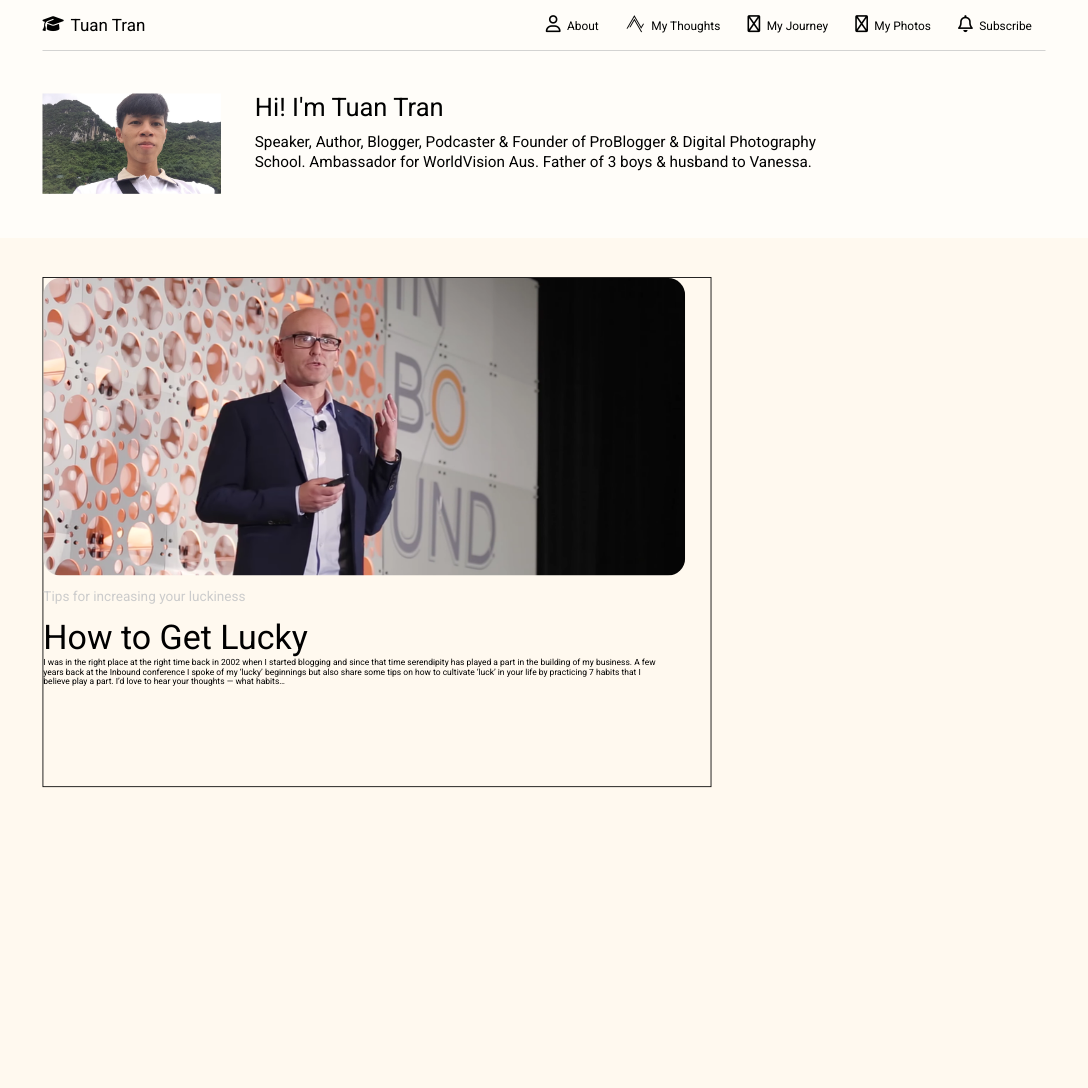
Repository: TranDinhTuann/Blog-Demo
Page: index.html
These files come from the project's save history. The page is drawn as it stood at one moment and after the next save; the edit follows.
The browser window is 1280 px wide. The pictures show the whole page, at 85% of full size.

Above is the page before, as saved 2023-03-22 20:29:54.

### index.html
<!DOCTYPE html>
<html lang="en">
<head>
    <meta charset="UTF-8">
    <meta http-equiv="X-UA-Compatible" content="IE=edge">
    <meta name="viewport" content="width=device-width, initial-scale=1.0">
    <title>Blog của Tuấn</title>
    <link rel="stylesheet" href="./assets/css/base.css">
    <link rel="stylesheet" href="./assets/css/main.css">
    <link rel="stylesheet" href="https://cdnjs.cloudflare.com/ajax/libs/normalize/8.0.1/normalize.min.css">
    <link rel="stylesheet" href="./assets/fonts/fontawesome-free-6.2.1-web/css/all.min.css">
    <link rel="preconnect" href="https://fonts.googleapis.com"><link rel="preconnect" href="https://fonts.gstatic.com" crossorigin><link href="https://fonts.googleapis.com/css2?family=Roboto:wght@300;400;500;700&display=swap" rel="stylesheet">
</head>
<body>
    <div class="app">
        <div class="header">
            <nav class="navbar">
                <a class="navbar__head">
                    <i class="navbar__head-icon fa-solid fa-graduation-cap"></i>
                    <div class="navbar__name">Tuan Tran</div>
                </a>

                <ul class="navbar__list">
                    <li class="navbar__list-item">
                        <a href="" class="navbar__list-item-link">
                            <i class="navbar__list-item-icon fa-regular fa-user"></i>
                            <span class="navbar__list-item-text">About</span>
                        </a>
                    </li>
                    <li class="navbar__list-item">
                        <a href="" class="navbar__list-item-link">
                            <i class="navbar__list-item-icon fa-brands fa-think-peaks"></i>
                            <span class="navbar__list-item-text">My Thoughts</span>
                        </a>
                    </li>
                    <li class="navbar__list-item">
                        <a href="" class="navbar__list-item-link">
                            <i class="navbar__list-item-icon fa-regular fa-location-dot"></i>
                            <span class="navbar__list-item-text">My Journey</span>
                        </a>
                    </li>
                    <li class="navbar__list-item">
                        <a href="" class="navbar__list-item-link">
                            <i class="navbar__list-item-icon fa-sharp fa-regular fa-camera-retro"></i>
                            <span class="navbar__list-item-text">My Photos</span>
                        </a>
                    </li>
                    <li class="navbar__list-item">
                        <a href="" class="navbar__list-item-link">
                            <i class="navbar__list-item-icon fa-regular fa-bell"></i>
                            <span class="navbar__list-item-text">Subscribe</span>
                        </a>
                    </li>
                </ul>
            </nav>

            <div class="intro">
                <div class="intro__img">
                    <img src="./assets/img/logo.JPG" alt="" class="intro__img-image">
                </div>
                <div class="intro__text">
                    <div class="intro__head">Hi! I'm Tuan Tran </div>
                    <div class="intro__des">Speaker, Author, Blogger, Podcaster & Founder of ProBlogger & Digital Photography School. Ambassador for WorldVision Aus. Father of 3 boys & husband to Vanessa.</div>
                </div>
            </div>
        </div>

        <div class="grid">
            <div class="grid1">
                <div class="content">
                    <div class="columns">
                        <div class="img-human">
                            <img class="img-ong" src="./assets/img/slider/human1.png" alt="">
                        </div>
                        <div class="column-text">
                            <p class="des">Tips for increasing your luckiness</p>
                            <div class="heading">How to Get Lucky</div>
                            <div class="sub-heading">I was in the right place at the right time back in 2002 when I started blogging and since that time serendipity has played a part in the building of my business. A few years back at the Inbound conference I spoke of my ‘lucky’ beginnings but also share some tips on how to cultivate ‘luck’ in your life by practicing 7 habits that I believe play a part. I’d love to hear your thoughts — what habits…</div>
                        </div>
                    </div>
                </div>

                <div class="sitebar">

                </div>
            </div>
        </div>

        <footer class="footer">

        </footer>
    </div>
</body>
</html>

### assets/css/base.css
:root {
    --white-color: #fff;
    --black-color: #000;
    --text-color: #333;
    --primary-color: #fff9ef;
    --header-primary-color: rgb(255, 253, 249);
}

* {
    box-sizing: inherit;
}

html {
    /* hack */
    font-size: 62.5%;
    line-height: 1.6rem;
    font-family: 'Roboto', sans-serif;
    box-sizing: border-box;
}

@keyframes fadeIn {
    from{
        opacity: 0;
    }
    to{
        opacity: 1;
    }
}

@keyframes growth {
    from{
        transform: calc(0);
    }
    to{
        transform: calc(1);
    }
}

.img-ong{
    width: 100%;
    height: 350px;
    display: block;
    border-radius: 20px;
}
.img-human{
    margin-right: 30px;
    height: 350px;
    display: block;
}

### assets/css/main.css
.app{
    height: 1000px;
    background-color: rgb(255, 253, 249);
}

.header{
    height: 280px;
    margin: 0 50px;
}

.navbar{
    height: 60px;
    border-bottom: 1px solid #ccc;
    display: flex;
    align-items: center;
    justify-content: space-between;
}

.navbar__head-icon {
    font-size: 2rem;
    margin-right: 8px;
}

.navbar__name {
    font-size: 2rem;

}

.navbar__head {
    display: flex;
}

.navbar__head:hover {
    cursor: pointer;
    opacity: 0.5;
}

.navbar__list {
    display: flex;
    list-style: none;
    font-size: 1.4rem;
}

.navbar__list-item {
    padding: 0 16px;
    line-height: 60px;
}

.navbar__list-item:hover {
    cursor: pointer;
    opacity: 0.5;
}

.navbar__list-item-link {
    color: #000;
    text-decoration: none;
}

.navbar__list-item-icon{
    font-size: 2rem;
    padding-right: 4px;
}


.intro {
    display: flex;
    margin-top: 50px;
}

.intro__img {
    width: 30%;
    height: 50px;
}

.intro__img-image {
    width: 100%;
    background-size:cover;
}

.intro__text{
    padding-left: 40px;
}

.intro__head {
    font-size: 3rem;
}

.intro__des {
    font-size: 1.8rem;
    padding: 10px 250px 0 0;
    line-height: 2.4rem;
}


/* Grid */
.grid {
    background-color: rgb(255, 249, 239);
    height: 1000px;
    /* display: flex; */
}
.grid1  {
    margin: 0 50px;
    display: flex;
    padding-top: 46px;
}
.content {
    border: 1px solid #000;
    height: 600px;
    flex: 2;
}
.sitebar {
    flex: 1;
}

.column-text{
    padding: 0 50px 0 0;
}
.des{
    font-size: 16px;
    color: #ccc;
}
.heading {
    font-size: 40px;
}

Loaded but not shown: assets/fonts/fontawesome-free-6.2.1-web/css/all.min.css (library)

After the next save:
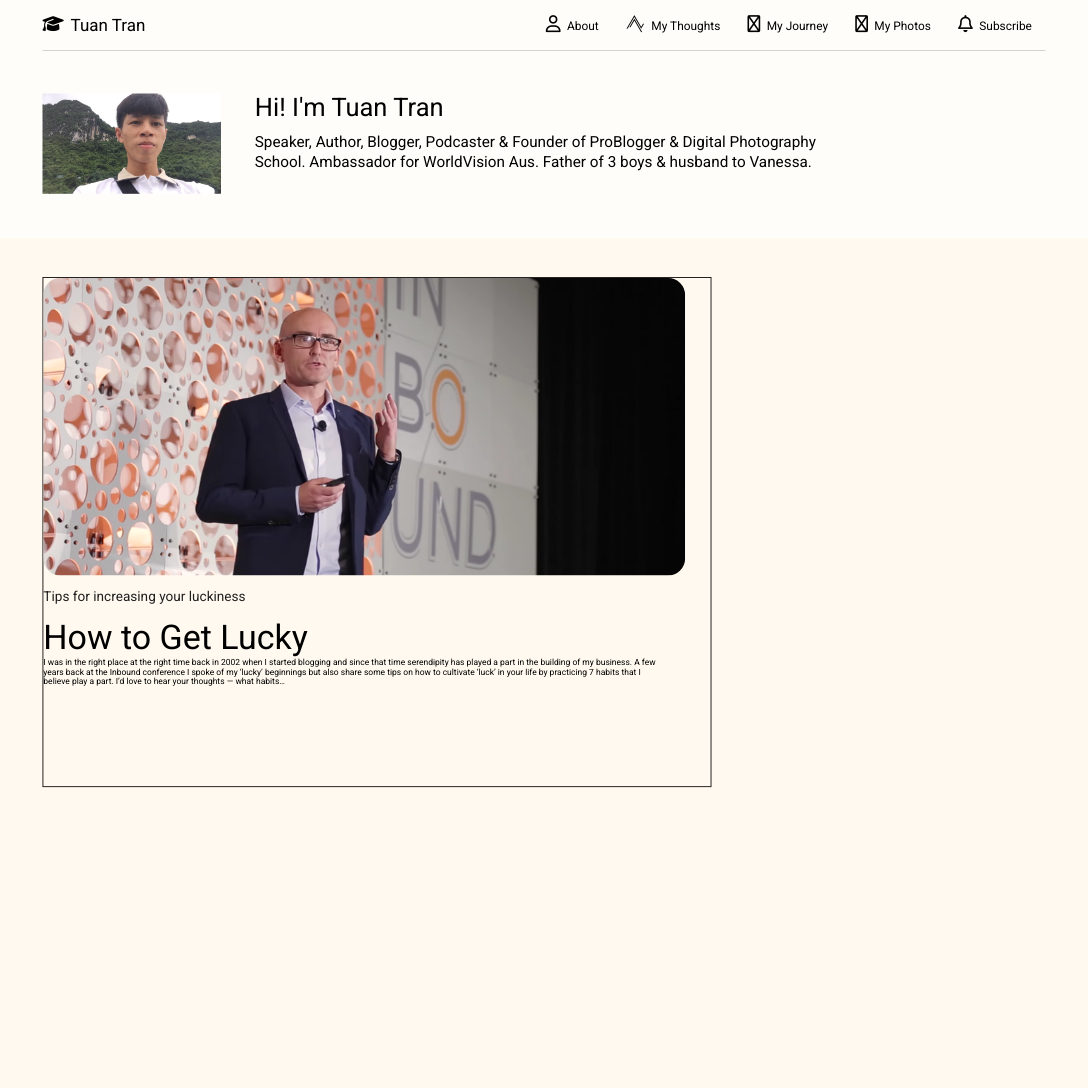
Saved 52 s later.
--- a/assets/css/main.css
+++ b/assets/css/main.css
@@ -117,7 +117,7 @@
 }
 .des{
     font-size: 16px;
-    color: #ccc;
+    color: #202020;
 }
 .heading {
     font-size: 40px;
